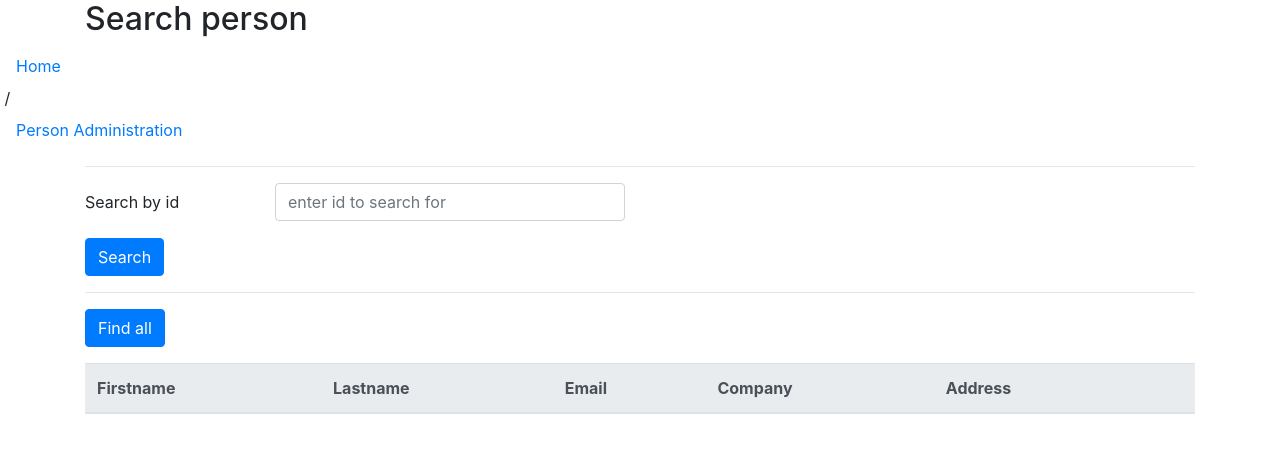
Repository: bvanrooy/exspring
Page: http://localhost/searchperson
An editor plug-in stored every save of this project. The page is shown before and after the next save, followed by the edit.
The browser window is 1280 px wide. The pictures show the whole page.
The page is this project's Thymeleaf template; nobody is signed in. The template is opened directly, without the code that normally fills it, so the values that code supplies are empty.

Above is the page before, as saved 2020-10-07 12:54:14.

### ExB3/src/main/resources/templates/searchperson.html
<!DOCTYPE html>
<html xmlns:th="http://www.thymeleaf.org">
<head>
<meta charset="ISO-8859-1">
<meta name="viewport"
	content="width = device-width, initial-scale = 1, shrink-to-fit = no">
<link rel="stylesheet"
	href="https://stackpath.bootstrapcdn.com/bootstrap/4.1.3/css/bootstrap.min.css">
<title>Search person</title>
</head>
<body>
	<div class="container">
		<h2>Search person</h2>
	</div>
	<div>
		<a class="nav-link" href="./index">Home</a>&nbsp;/<a class="nav-link" href="./personadmin">Person Administration</a>
	</div>
	<div id="form" class="container">
		<form action="#" method="post" th:action="@{/searchpersonbyid}"
			th:object="${person}">
			<hr />
			<div class="form-group row ">
				<label for="password" class="col-sm-2 col-form-label mr-0">Search
					by id</label>
				<div class="col-sm-4">
					<input th:field="${person.personId}" type="text"
						class="form-control" placeholder="enter id to search for">
				</div>
			</div>
			<div class="col-sm-4">
				<span class="text-danger" th:text="${error}"> </span> <span
					class="text-info" th:text="${msg}"> </span>
			</div>
			<div class="form-group row">
				<div class="col-sm-10">
					<button type="submit" class="btn btn-primary">Search</button>
				</div>
			</div>
		</form>
	</div>
	<div id="form" class="container">
		<form action="#" method="post" th:action="@{/searchpersonall}"
			th:object="${person}">
			<hr />
			<div class="form-group row">
				<div class="col-sm-10">
					<button type="submit" class="btn btn-primary">Find all</button>
				</div>
			</div>
		</form>
	</div>
	<div class="container">
		<table class="table">
			<thead class="thead-light">
				<tr>
					<th class="text-left">Firstname</th>
					<th class="text-left">Lastname</th>
					<th class="text-left">Email</th>
					<th class="text-left">Company</th>
					<th class="text-left">Address</th>
					<th class="text-left"></th>
				</tr>
			</thead>
			<tbody>
				<tr th:each="person : ${personlist}">
					<td th:text="${person.firstName}">firstname</td>
					<td th:text="${person.lastName}">lastname</td>
					<td th:text="${person.emailAddress}">email</td>
					<td><span th:text="${person.company.name}"></span></td>
					<td><span th:text="${person.company.address.street}"></span> <span
						th:text="${person.company.address.nr}"></span> <br> <span
						th:text="${person.company.address.zipcode}"></span> <span
						th:text="${person.company.address.town}"></span></td>
					<td><a href="#"
						th:href="@{/personform(id=${person.personId})}"
						class="btn btn-info" role="button">Details</a></td>
				</tr>
			</tbody>
		</table>
	</div>
</body>
</html>

After the next save:
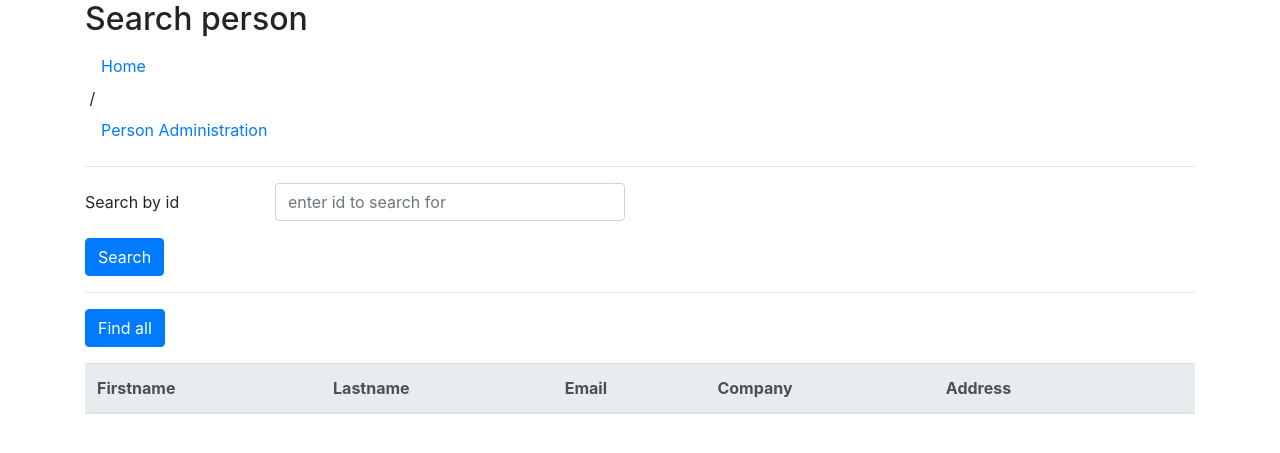
Saved 23 s later.
--- a/ExB3/src/main/resources/templates/searchperson.html
+++ b/ExB3/src/main/resources/templates/searchperson.html
@@ -12,7 +12,7 @@
 	<div class="container">
 		<h2>Search person</h2>
 	</div>
-	<div>
+	<div class="container">
 		<a class="nav-link" href="./index">Home</a>&nbsp;/<a class="nav-link" href="./personadmin">Person Administration</a>
 	</div>
 	<div id="form" class="container">
